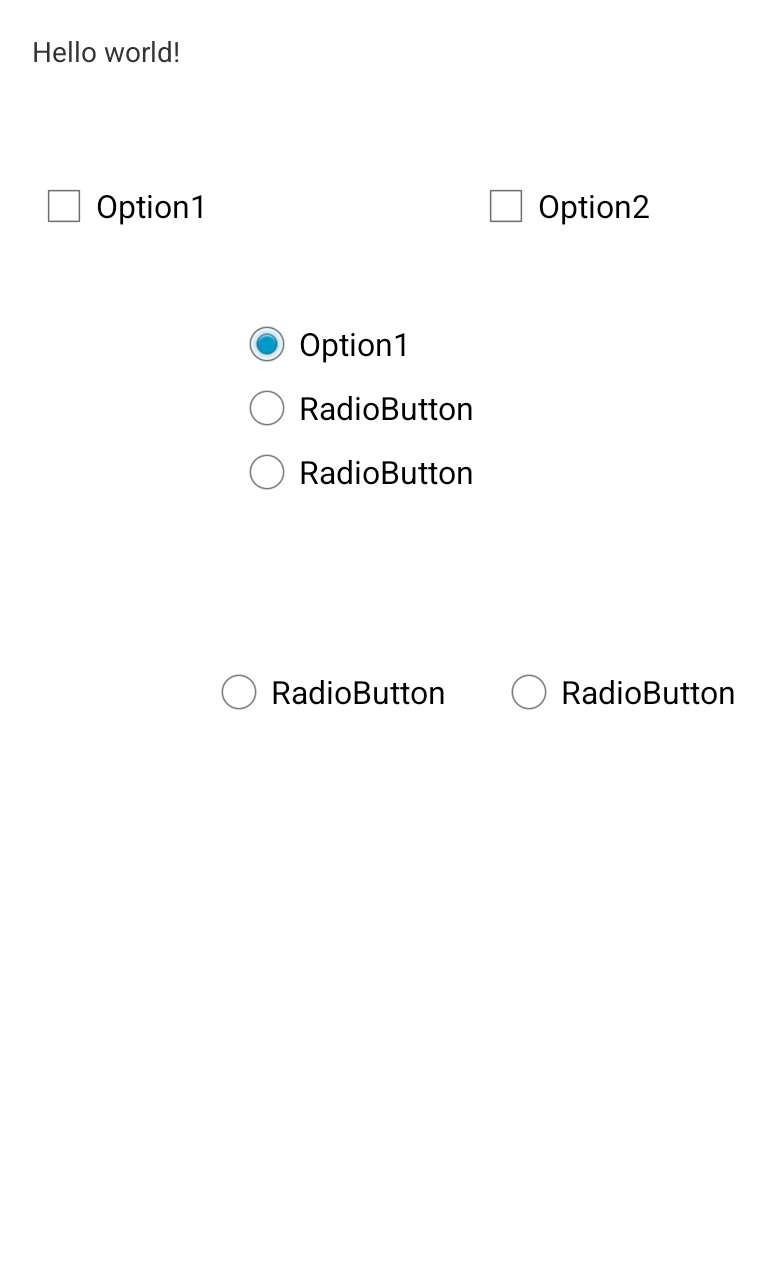
Repository: MadhuHS/BMAA1
Layout: CheckBox/res/layout/activity_main.xml
An editor plug-in stored every save of this project. The layout is shown before and after the next save, followed by the edit.
It is drawn on a 768 x 1280 px phone screen (xhdpi) without system bars, with theme AppTheme; the app's code is not run.

Above is the layout before, as saved 2016-03-25 08:16:49.

After the next save:
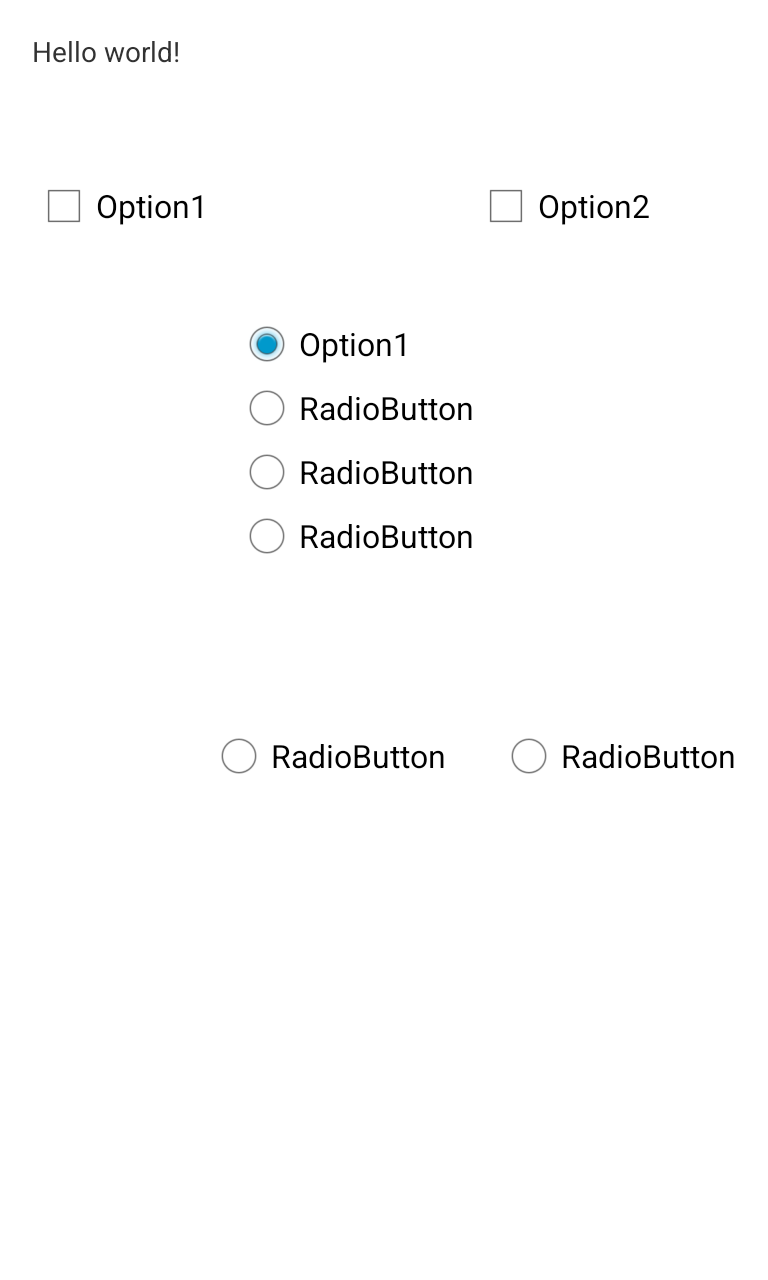
Saved 13 min 17 s later.
--- a/CheckBox/res/layout/activity_main.xml
+++ b/CheckBox/res/layout/activity_main.xml
@@ -53,6 +53,11 @@
             android:layout_width="wrap_content"
             android:layout_height="wrap_content"
             android:text="RadioButton" />
+        <RadioButton
+            android:id="@+id/radio1"
+            android:layout_width="wrap_content"
+            android:layout_height="wrap_content"
+            android:text="RadioButton" />
 
         <RadioButton
             android:id="@+id/radio2"

After the save that followed:
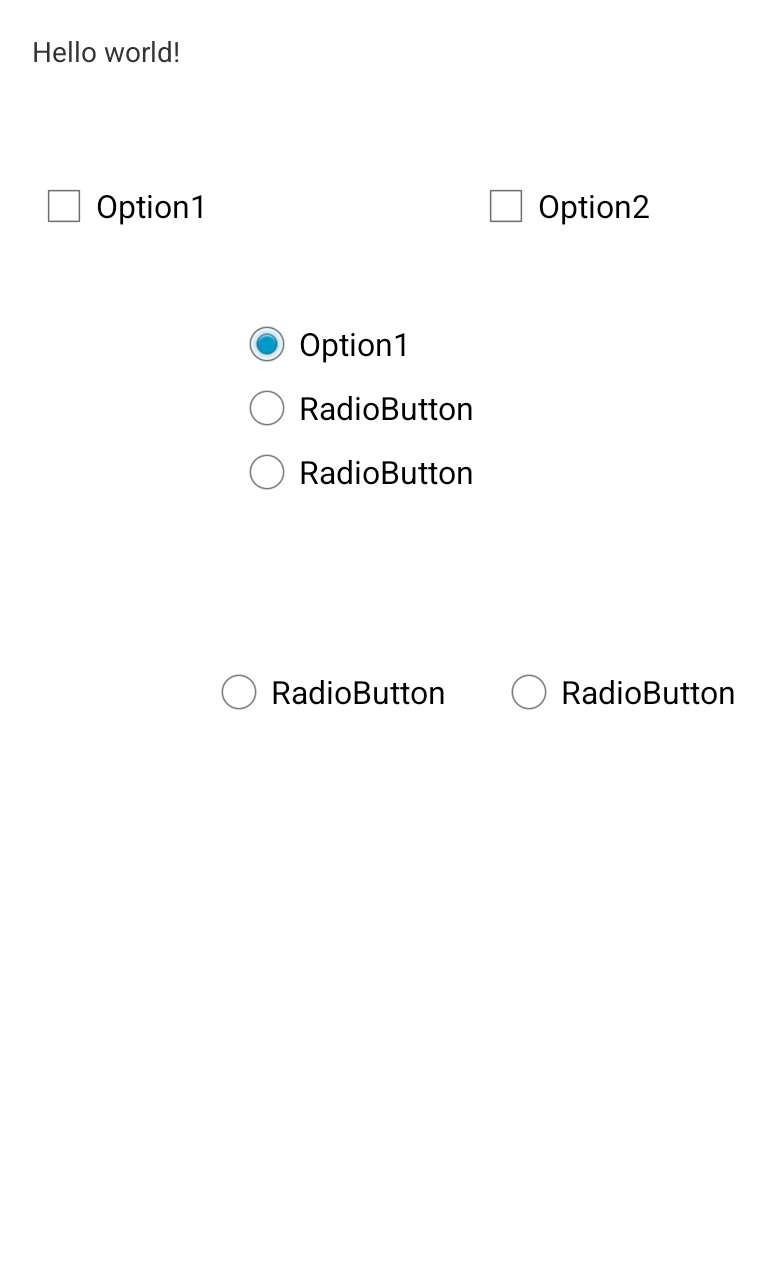
Saved 64 s later.
--- a/CheckBox/res/layout/activity_main.xml
+++ b/CheckBox/res/layout/activity_main.xml
@@ -53,11 +53,7 @@
             android:layout_width="wrap_content"
             android:layout_height="wrap_content"
             android:text="RadioButton" />
-        <RadioButton
-            android:id="@+id/radio1"
-            android:layout_width="wrap_content"
-            android:layout_height="wrap_content"
-            android:text="RadioButton" />
+
 
         <RadioButton
             android:id="@+id/radio2"
